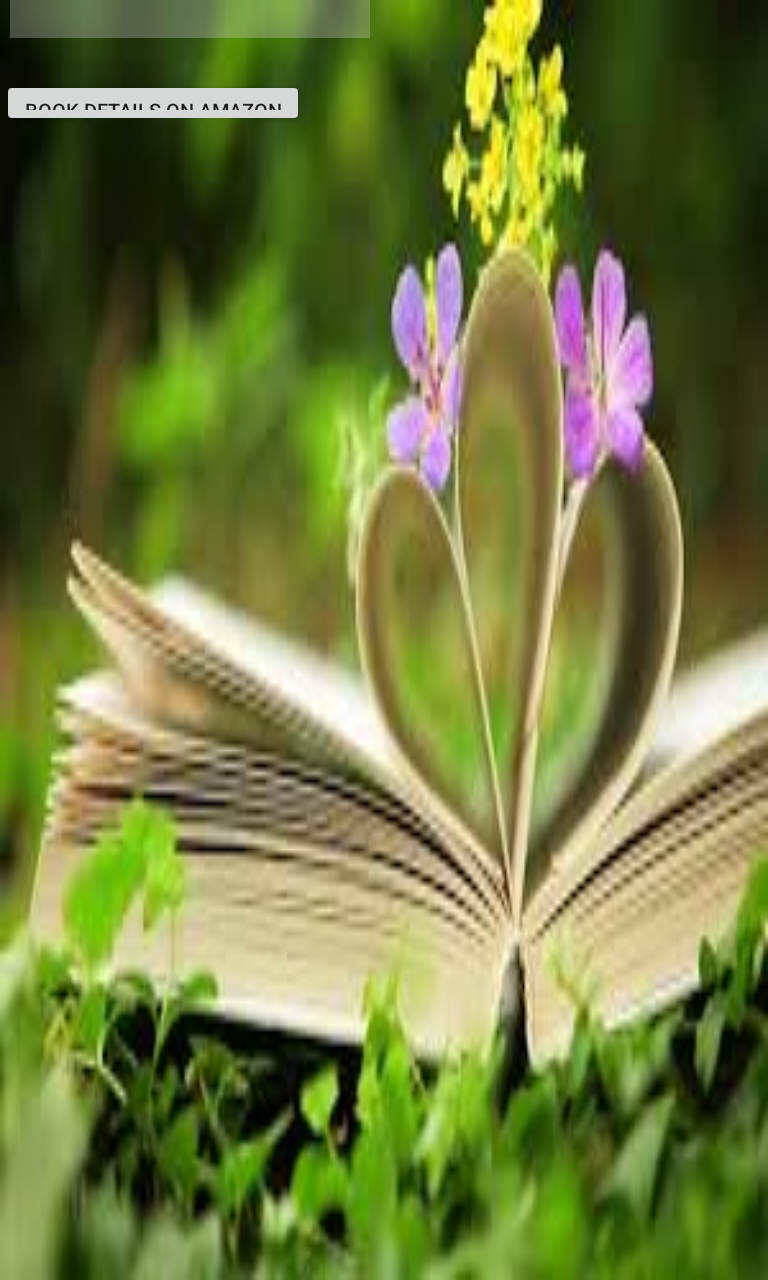
Repository: arianaantonio/MDF3_Antonio
Layout: Readable/res/layout/widget_layout.xml
The author's editor kept a copy of each file at every save. The layout is drawn from the files as they stood at one save, then again after the next save.
It is drawn on a 768 x 1280 px phone screen (xhdpi) without system bars, with theme AppTheme; the app's code is not run.

Above is the layout before, as saved 2014-08-21 02:49:07.

After the next save:
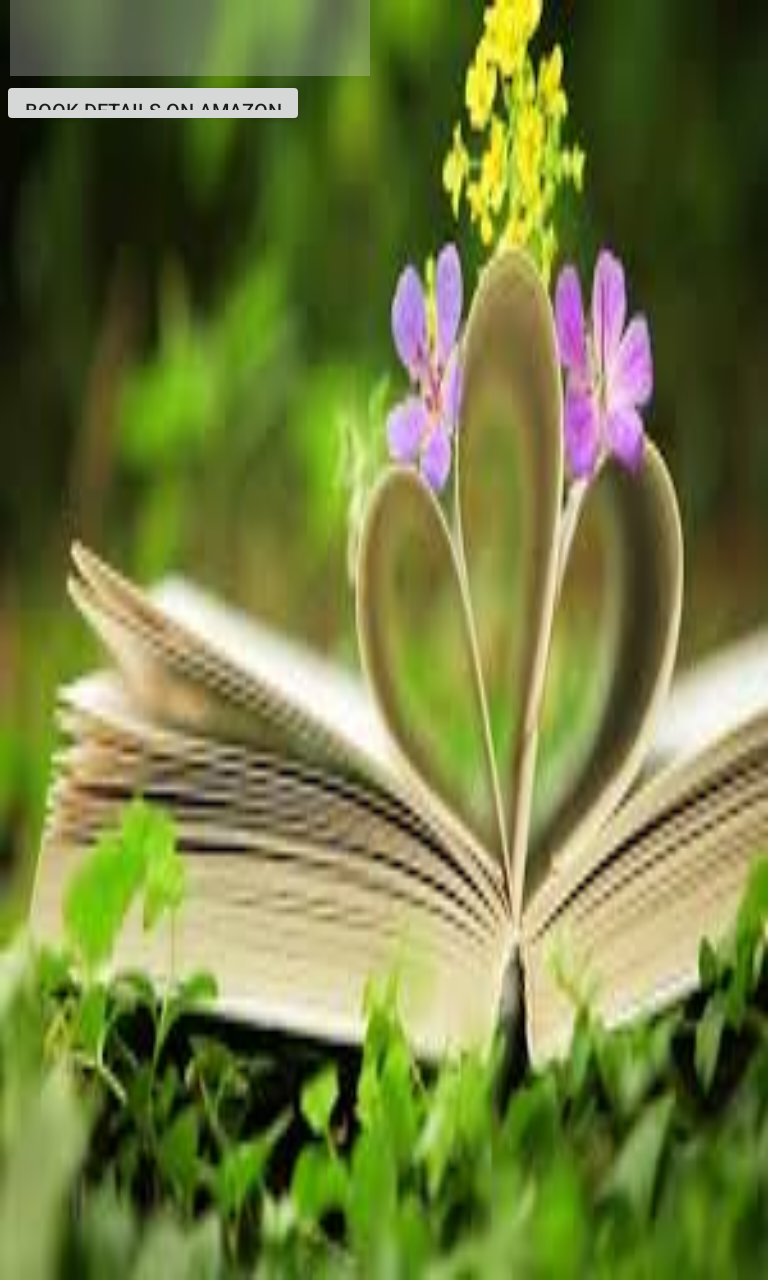
Saved 27 s later.
--- a/Readable/res/layout/widget_layout.xml
+++ b/Readable/res/layout/widget_layout.xml
@@ -32,6 +32,7 @@
             android:layout_width="180dp"
             android:layout_height="wrap_content"
             android:gravity="left"
+            android:background="@color/lightgrey"
             android:text=""
             android:textColor="@color/black"
             android:layout_marginLeft="5dp" >
